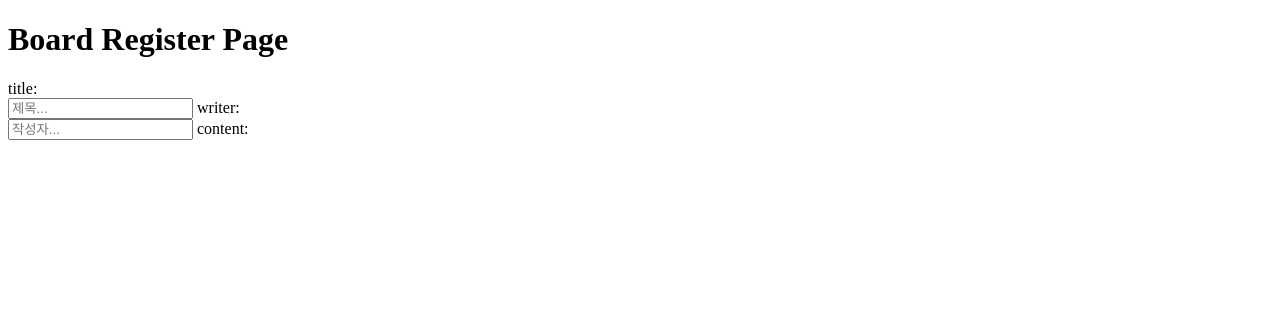
Repository: dtkd19/jsp-jstl_241022
Page: http://localhost/jsp_study/brd/register
An editor plug-in stored every save of this project. The page is shown before and after the next save, followed by the edit.
The browser window is 1280 px wide. The pictures show the whole page.
The page is served by Tomcat 9.

Above is the page before, as saved 2024-10-22 06:05:12.

After the next save:
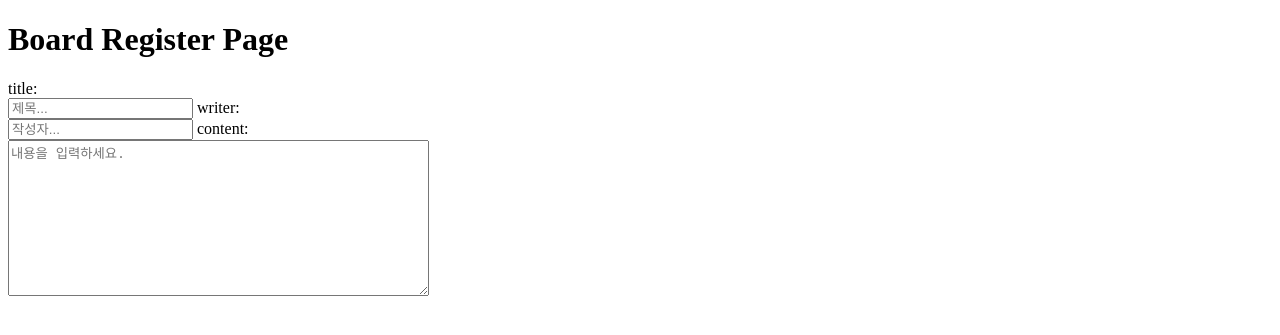
Saved 28 s later.
--- a/jsp_study/src/main/webapp/board/register.jsp
+++ b/jsp_study/src/main/webapp/board/register.jsp
@@ -12,6 +12,7 @@
 	<input type="text" name="title" placeholder="제목...">
 	writer: <br>
 	<input type="text" name="writer" placeholder="작성자...">
-	content:
+	content: <br>
+	<textarea rows="10" cols="50" name="content" placeholder="내용을 입력하세요."></textarea>
 </body>
 </html>
